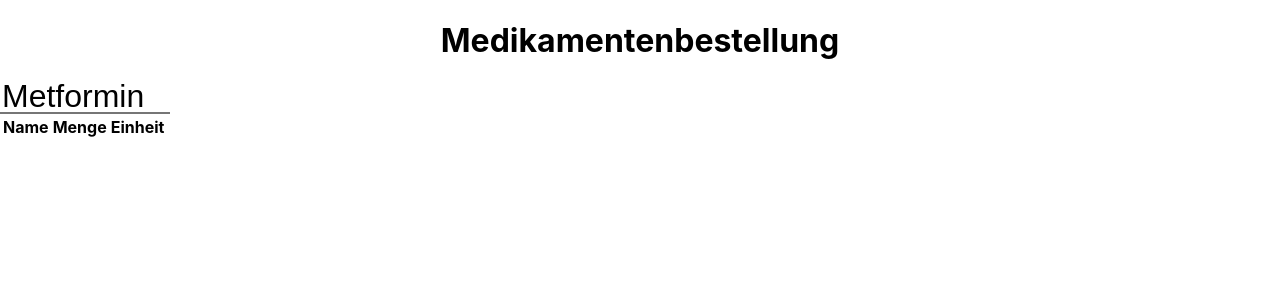
Repository: Esatollah/MedDemo
Page: / (app in client/)
The author's editor kept a copy of each file at every save. The page is drawn from the files as they stood at one save, then again after the next save.
The browser window is 1280 px wide. The pictures show the whole page.
The page's requests for data from a server got no answer. The project was rebuilt for these pictures with package versions that can differ from the ones it lists, and the page was loaded fresh each time. No one was signed in, and anything a server would have sent is missing. Also part of the build but not shown: client/src/App.css.

Above is the page before, as saved 2022-05-31 17:31:39.

### client/src/App.js
import './App.css';
import SearchBar from './components/Search';
function App() {
  return (
    <div>
      <SearchBar></SearchBar>
    </div>
  );
}

export default App;

### client/src/components/Search.jsx
import React, {useState, useEffect} from 'react'
import DrugAPI from '../api/DrugAPI';
import './Search.css'
const Search = () => {
  const [searchinput, setSearchinput] = useState("Metformin");
  const [drugs, setDrugs] = useState([]);

  useEffect(() => {
    const fetchData = async () => {
      try {
        const result = await DrugAPI.get(`/?drugsearch=${searchinput}`)
        setDrugs(result.data.meds)
      } catch (err) {
        console.error(err);
      }
    }

    fetchData();

  }, [searchinput])

  return (
    <>
        <h1>Medikamentenbestellung</h1>
        <div className='order-box'>
<div className='search-box'>
        <input type="search" name="" id="okhre" value={searchinput} onChange={e => setSearchinput(e.target.value)}/>
        <div className='table-box'>
        <table>
          <thead>
            <tr>
              <th scope='col'>
                Name
              </th>
              <th scope='col'>Menge</th>
              <th scope='col'>Einheit</th>
            </tr>
          </thead>
          <tbody>
            {drugs && drugs.map((x) => {
              return (
                <tr key={x.id}>
                <td>{x.name}</td>
                <td>{x.menge}</td>
                <td>{x.mengenart}</td>

                </tr>
              )
            })}
          </tbody>

        </table>
</div>
        </div>

        </div>
    </>
    )
}

export default Search

### client/src/api/DrugAPI.js
import axios from 'axios'

export default axios.create({
    baseURL: "http://localhost:5000/api"
})

### client/src/components/Search.css
#okhre {
    width:40%;
    height: 2rem;
    outline:none;
    border-top: hidden;
    border-right: hidden;
    border-left: hidden;
    font-size: 2rem;
}

.table-box {
    max-height: 200px;
    max-width: 40%;
    overflow-y: auto;
}

h1 {
    display:flex;
    justify-content: center;
}

.order-box {
    display: flex;
}

search-box {
    max-width:40%;
    background-color: red;
}

Loaded but not shown: client/public/index.html (common file); client/src/index.js (common file); client/src/index.css (common file)

After the next save:
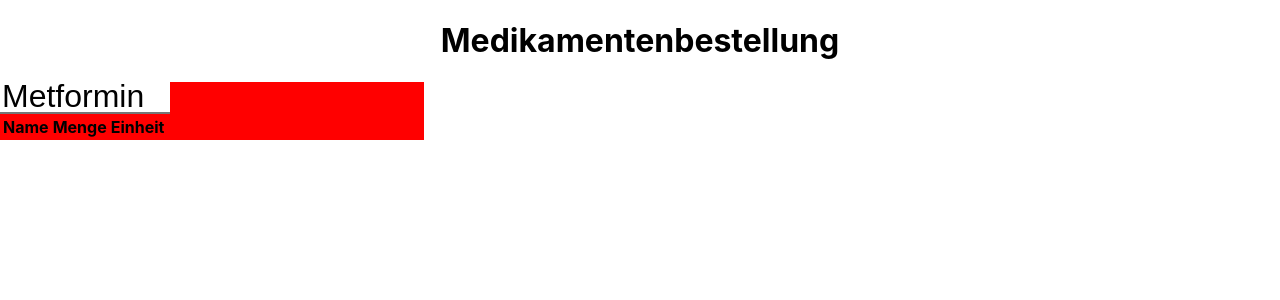
Saved 13 s later.
--- a/client/src/components/Search.css
+++ b/client/src/components/Search.css
@@ -23,7 +23,7 @@
     display: flex;
 }
 
-search-box {
+.search-box {
     max-width:40%;
     background-color: red;
 }

After the save that followed:
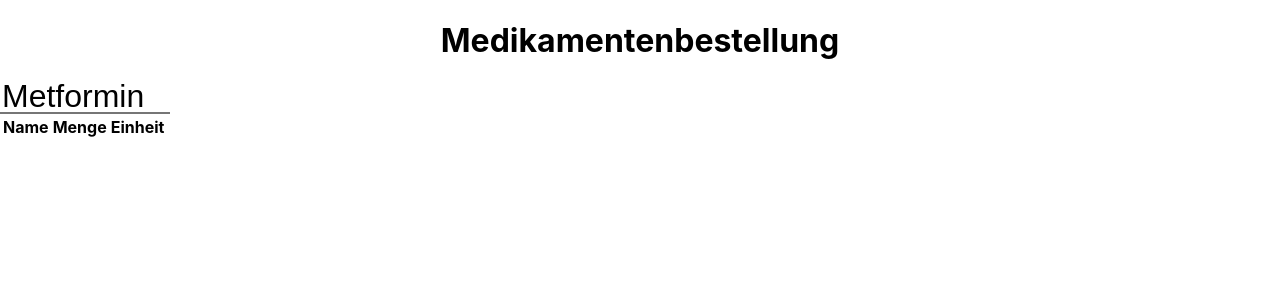
Saved 11 s later.
--- a/client/src/components/Search.css
+++ b/client/src/components/Search.css
@@ -24,6 +24,5 @@
 }
 
 .search-box {
-    max-width:40%;
-    background-color: red;
+    max-width:100%;
 }
